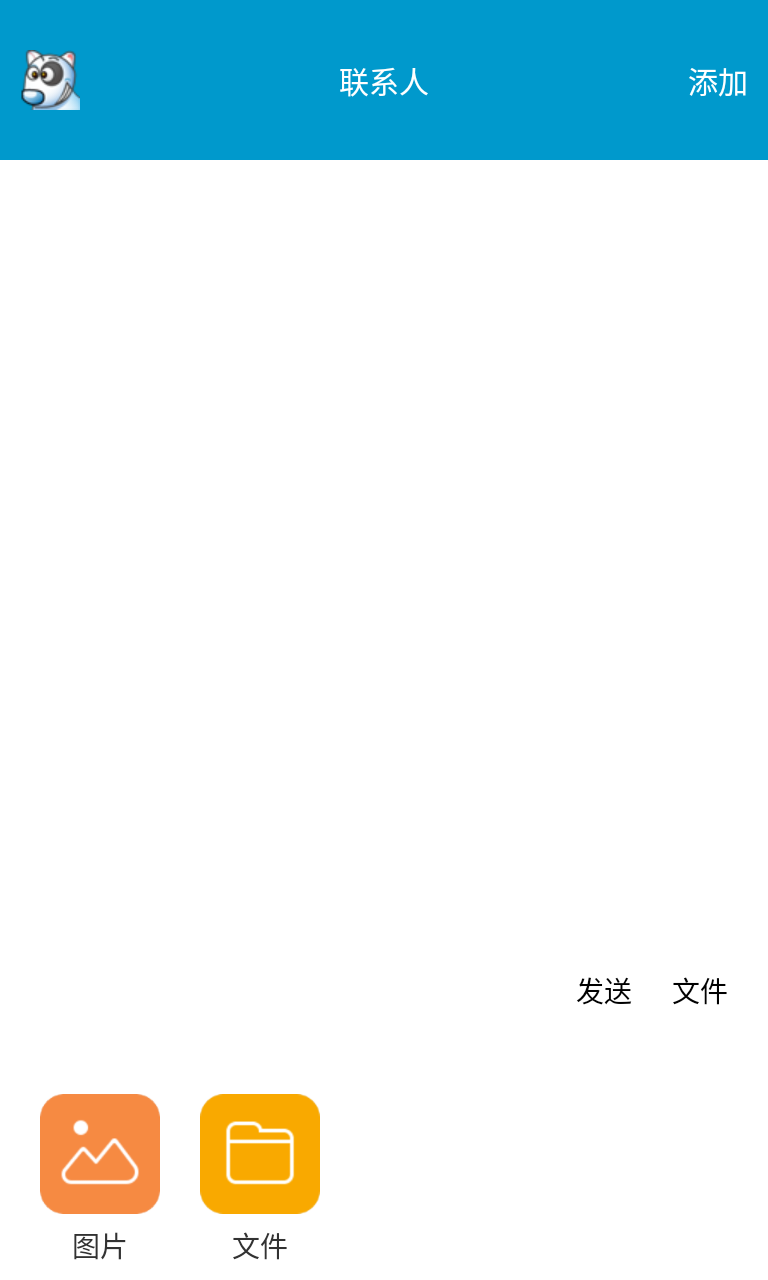
Repository: fanloveoupao/WecharTest
Layout: TestWechar/res/layout/interfce_char.xml
These files come from the project's save history. The layout is drawn as it stood at one moment and after the next save; the edit follows.
It is drawn on a 768 x 1280 px phone screen (xhdpi) without system bars, with theme AppTheme; the app's code is not run. Lists and similar views that code fills are empty.

Above is the layout before, as saved 2015-10-09 06:11:15.

### TestWechar/res/layout/interfce_char.xml
<?xml version="1.0" encoding="utf-8"?>
<LinearLayout xmlns:android="http://schemas.android.com/apk/res/android"
    android:layout_width="match_parent"
    android:layout_height="match_parent"
    android:background="#FFFFFF"
    android:orientation="vertical" >

    <include
        android:layout_width="fill_parent"
        android:layout_height="wrap_content"
        layout="@layout/include" />

    <ListView
        android:id="@+id/msg_list_view"
        android:layout_width="match_parent"
        android:layout_height="0dp"
        android:layout_marginTop="10dp"
        android:layout_weight="1"
        android:divider="#0000"
        android:listSelector="#FFFFFF" >
    </ListView>

    <TextView
        android:id="@+id/loading"
        android:layout_width="wrap_content"
        android:layout_height="wrap_content"
        android:background="@drawable/messge_right"
        android:textColor="@color/black_deep"
        android:visibility="gone" />

    <LinearLayout
        android:layout_width="fill_parent"
        android:layout_height="50dp"
        android:gravity="center_vertical"
        android:orientation="horizontal" >

        <EditText
            android:id="@+id/input_text"
            android:layout_width="0dp"
            android:layout_height="wrap_content"
            android:layout_marginLeft="10dp"
            android:layout_marginRight="10dp"
            android:layout_weight="1"
            android:background="@color/white" />

        <TextView
            android:id="@+id/send"
            android:layout_width="wrap_content"
            android:layout_height="wrap_content"
            android:layout_marginRight="20dp"
            android:text="发送"
            android:textColor="#000000" />

        <TextView
            android:id="@+id/send_fole"
            android:layout_width="wrap_content"
            android:layout_height="wrap_content"
            android:layout_marginRight="20dp"
            android:text="文件"
            android:textColor="#000000" />
    </LinearLayout>

    <include
        android:id="@+id/include_send"
        android:layout_width="match_parent"
        android:layout_height="120dp"
        layout="@layout/send_file" />

</LinearLayout>

### TestWechar/res/values/styles.xml
<resources>

    <!--
        Base application theme, dependent on API level. This theme is replaced
        by AppBaseTheme from res/values-vXX/styles.xml on newer devices.











    -->
    <style name="AppBaseTheme" parent="android:Theme.Light">
        <!--
            Theme customizations available in newer API levels can go in
            res/values-vXX/styles.xml, while customizations related to
            backward-compatibility can go here.






        -->
    </style>

    <!-- Application theme. -->
    <style name="AppTheme" parent="AppBaseTheme">
        <!-- All customizations that are NOT specific to a particular API-level can go here. -->
    </style>

    <style name="animationmsg">
        <item name="android:windowEnterAnimation">@anim/msg_enter</item>
        <item name="android:windowExitAnimation">@anim/msg_exit</item>
    </style>

</resources>

### TestWechar/res/layout/include.xml
<?xml version="1.0" encoding="utf-8"?>
<LinearLayout xmlns:android="http://schemas.android.com/apk/res/android"
    android:layout_width="match_parent"
    android:layout_height="match_parent"
    android:orientation="vertical" >

    <RelativeLayout
        android:layout_width="fill_parent"
        android:layout_height="80dp"
        android:background="#0099CC"
        android:gravity="center_vertical" >

        <ImageView
            android:layout_width="30dp"
            android:layout_height="30dp"
            android:layout_alignParentLeft="true"
            android:layout_centerVertical="true"
            android:layout_marginLeft="10dp"
            android:src="@drawable/h091" />

        <TextView
            android:id="@+id/title"
            android:layout_width="wrap_content"
            android:layout_height="wrap_content"
            android:layout_centerHorizontal="true"
            android:layout_centerVertical="true"
            android:text="联系人"
            android:textColor="#FFFFFF"
            android:textSize="15dp" />

        <TextView
            android:id="@+id/add"
            android:layout_width="wrap_content"
            android:layout_height="wrap_content"
            android:layout_alignParentRight="true"
            android:layout_centerVertical="true"
            android:layout_marginRight="10dp"
            android:text="添加"
            android:textColor="#FFFFFF"
            android:textSize="15dp" />
    </RelativeLayout>

</LinearLayout>

### TestWechar/res/values/color.xml
<?xml version="1.0" encoding="utf-8"?>
<resources>

    <color name="white">#ffffffff</color>
    <color name="window_bg">#fff0f3f6</color>
    <color name="title_bg">#ff54acea</color>
    <color name="chat_text">#ff333333</color>
    <color name="common_top_bar_blue">#4ebcd3</color>
    <color name="btn_login_normal">#00acff</color>
    <color name="btn_login_pressed">#46678d</color>
    <color name="btn_logout_normal">#d33f3f</color>
    <color name="btn_logout_pressed">#DA5A4D</color>
    <color name="btn_register_normal">#ffffff</color>
    <color name="btn_register_pressed">#00acff</color>
    <color name="common_bottom_bar_normal_bg">#2d2f31</color>
    <color name="common_bottom_bar_selected_bg">#161718</color>
    <color name="common_botton_bar_blue">#2ea7e0</color>
    <color name="common_bg">#fcfcfc</color>
    <color name="btn_pressed_green_solid">#B6DA53</color>
    <color name="divider_list">#d4d4d4</color>
    <color name="top_bar_normal_bg">#00acff</color>
    <color name="error_item_color">#F6EBE6</color>
    <color name="bottom_bar_normal_bg">#2D2F31</color>
    <color name="bottom_text_color_normal">#ffffff</color>
    <color name="btn_white_normal">#f7f8f8</color>
    <color name="btn_white_pressed">#b5b5b6</color>
    <color name="btn_green_noraml">#68C270</color>
    <color name="btn_green_pressed">#6FCD78</color>
    <color name="btn_gray_normal">#c0c0c0</color>
    <color name="btn_gray_pressed_status">#b5b5b6</color>
    <color name="btn_gray_pressed">#666667</color>
    <color name="btn_blue_normal">#1e90ff</color>
    <color name="btn_blue_pressed">#0066FF</color>
    <color name="orange">#FFA500</color>
    <color name="gray_pressed">#b5b5b6</color>
    <color name="gray_normal">#666667</color>
    <color name="grid_state_pressed">#1Affffff</color>
    <color name="grid_state_focused">#80000000</color>
    <color name="voip_interface_text_color">#bababa</color>
    <color name="black_deep">#FF000000</color>
    <color name="btn_answer_pressed">#4ebcd3</color>
    <color name="btn_answer_normal">#2dafa3</color>

</resources>

### TestWechar/res/layout/send_file.xml
<?xml version="1.0" encoding="utf-8"?>
<LinearLayout xmlns:android="http://schemas.android.com/apk/res/android"
    android:layout_width="match_parent"
    android:layout_height="fill_parent"
    android:gravity="center_vertical"
    android:orientation="horizontal" >

    <LinearLayout
        android:layout_width="wrap_content"
        android:layout_height="wrap_content"
        android:layout_marginLeft="20dp"
        android:layout_marginTop="10dp"
        android:gravity="center_vertical"
        android:orientation="vertical" >

        <ImageView
            android:id="@+id/send_photo"
            android:layout_width="60dp"
            android:layout_height="60dp"
            android:src="@drawable/photo" />

        <TextView
            android:id="@+id/text_photo"
            android:layout_width="60dp"
            android:layout_height="wrap_content"
            android:layout_marginTop="5dp"
            android:gravity="center"
            android:text="图片" />
    </LinearLayout>
    <!--  -->

    <LinearLayout
        android:layout_width="wrap_content"
        android:layout_height="wrap_content"
        android:layout_marginLeft="20dp"
        android:layout_marginTop="10dp"
        android:gravity="center_vertical"
        android:orientation="vertical" >

        <ImageView
            android:id="@+id/send_file"
            android:layout_width="60dp"
            android:layout_height="60dp"
            android:src="@drawable/file" />

        <TextView
            android:id="@+id/text_file"
            android:layout_width="60dp"
            android:layout_height="wrap_content"
            android:layout_marginTop="5dp"
            android:gravity="center"
            android:text="文件" />
    </LinearLayout>

</LinearLayout>

Loaded but not shown: TestWechar/res/values-v11/styles.xml (common file); TestWechar/res/values-v14/styles.xml (common file)

After the next save:
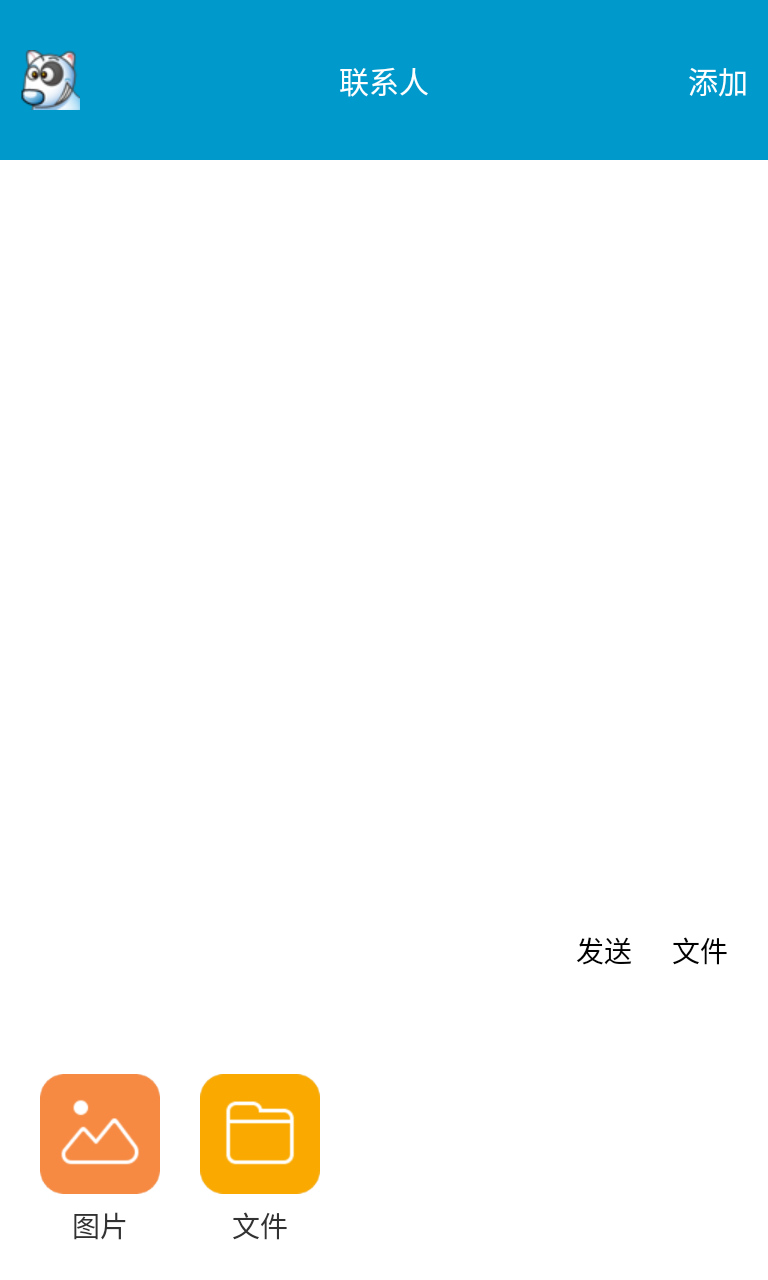
Saved 26 s later.
--- a/TestWechar/res/layout/interfce_char.xml
+++ b/TestWechar/res/layout/interfce_char.xml
@@ -63,7 +63,7 @@
     <include
         android:id="@+id/include_send"
         android:layout_width="match_parent"
-        android:layout_height="120dp"
+        android:layout_height="140dp"
         layout="@layout/send_file" />
 
 </LinearLayout>

After the save that followed:
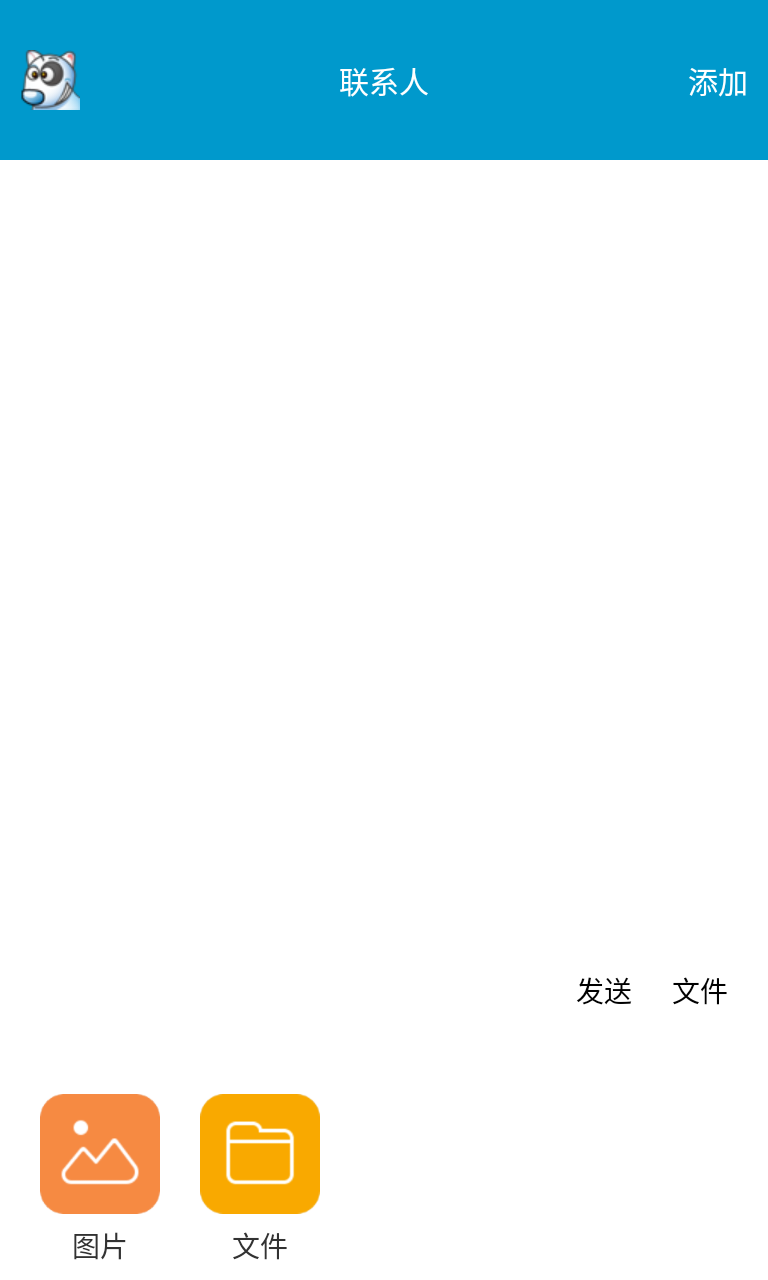
Saved 11 s later.
--- a/TestWechar/res/layout/interfce_char.xml
+++ b/TestWechar/res/layout/interfce_char.xml
@@ -63,7 +63,7 @@
     <include
         android:id="@+id/include_send"
         android:layout_width="match_parent"
-        android:layout_height="140dp"
+        android:layout_height="120dp"
         layout="@layout/send_file" />
 
 </LinearLayout>
